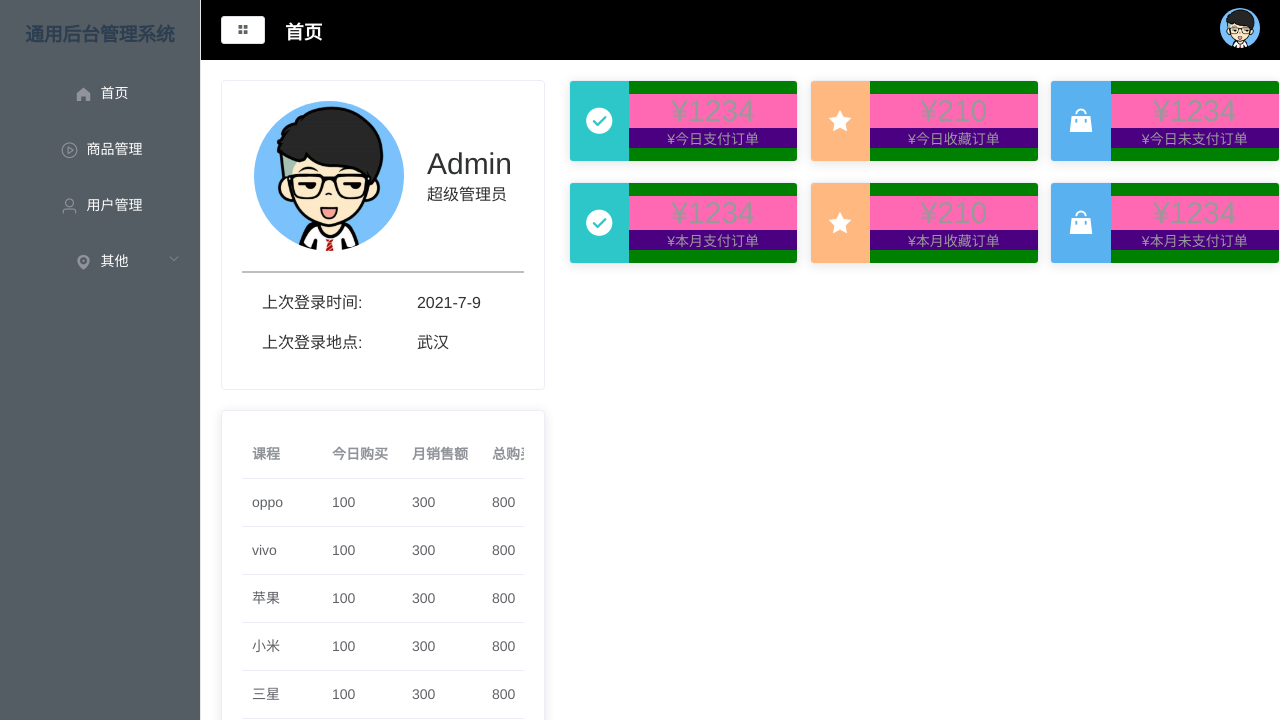
Repository: 385841539/VueStudy
Page: / (app in vue_cli/)
An editor plug-in stored every save of this project. The page is shown before and after the next save, followed by the edit.
The browser window is 1280 px wide. The pictures show the whole page.
An inner scrolling area shows only its first screen. The project was rebuilt for these pictures with package versions that can differ from the ones it lists, and the page was loaded fresh each time. Also part of the build but not shown: vue_cli/vue.config.js.

Above is the page before, as saved 2022-01-13 15:15:22.

### vue_cli/public/index.html
<!DOCTYPE html>
<html lang="">

<head>
  <meta charset="utf-8">
  <meta http-equiv="X-UA-Compatible" content="IE=edge">
  <meta name="viewport" content="width=device-width,initial-scale=1.0">
  <link rel="icon" href="<%= BASE_URL %>favicon.ico">
  <title>
    <%= htmlWebpackPlugin.options.title %>
  </title>
  <style>
    body {

      padding: 0px;
      margin: 0px;
      width: 100%;
      height: 100%;

    }
  </style>
</head>

<body>
  <noscript>
    <strong>We're sorry but <%= htmlWebpackPlugin.options.title %> doesn't work properly without JavaScript enabled.
        Please enable it to continue.</strong>
  </noscript>
  <div id="app"></div>
  <!-- built files will be auto injected -->
</body>

</html>

### vue_cli/src/main.js
import Vue from 'vue'
import App from './App.vue'
import './registerServiceWorker'
import router from './router'
import store from './store'

import ElementUI from 'element-ui';
import 'element-ui/lib/theme-chalk/index.css';

Vue.use(ElementUI);


Vue.config.productionTip = false



new Vue({
  router,
  store,
  render: h => h(App)
}).$mount('#app')

### vue_cli/src/App.vue
<template>
  <div id="app">
    <!-- <p>这是一个P段落</p>
    <el-button>按钮</el-button>
    <el-button type="info">信息</el-button>
    <el-radio v-model="radio" label="1">备选项1</el-radio>
    <el-radio v-model="radio" label="2">备选项1</el-radio>

    <div>
      <router-link to="/">去home组件</router-link>
      <router-link to="/about">去about组件</router-link>
    </div> -->

    <router-view></router-view>
  </div>
</template>
<script>


export default {
  data() {
    return {
      radio: "1",
    };
  },
};
</script>


<style lang="scss">
#app {
  font-family: Avenir, Helvetica, Arial, sans-serif;
  -webkit-font-smoothing: antialiased;
  -moz-osx-font-smoothing: grayscale;
  text-align: center;
  color: #2c3e50;
}

#nav {
  padding: 30px;

  a {
    font-weight: bold;
    color: #2c3e50;

    &.router-link-exact-active {
      color: #42b983;
    }
  }
}
</style>

### vue_cli/src/router/index.js
import Vue from 'vue'
import VueRouter from 'vue-router'
import Main from '../views/Main.vue'

Vue.use(VueRouter)

const routes = [
  {
    path: '/',
    name: 'main',
    component: Main,
    children: [

      {
        path: "/",
        name: "home",
        component: () => import('@/views/Home/Home')

      },
      {
        path: "/mall",
        name: "mall",
        component: () => import('@/views/Mall/Mall')

      },

    ]
  },
  {
    path: '/about',
    name: 'About',
    // route level code-splitting
    // this generates a separate chunk (about.[hash].js) for this route
    // which is lazy-loaded when the route is visited.
    component: () => import(/* webpackChunkName: "about" */ '../views/About.vue')
  }
]

const router = new VueRouter({
  mode: 'history',
  base: process.env.BASE_URL,
  routes
})

export default router

### vue_cli/src/store/index.js
import Vue from 'vue'
import Vuex from 'vuex'
import tab from "./tab"

Vue.use(Vuex)

export default new Vuex.Store({
  state: {
  },
  mutations: {
  },
  actions: {
  },
  modules: {
    tab
  }
})

### vue_cli/src/views/Main.vue
<template>
  <el-container style="height: 100vh">
    <el-aside width="auto">
      <CommonAside></CommonAside>
    </el-aside>
    <el-container>
      <el-header>
        <CommonHeader></CommonHeader>
      </el-header>
      <el-main>
        <router-view></router-view>
      </el-main>
    </el-container>
  </el-container>
</template>

<script>
// @ is an alias to /src
import CommonAside from "../components/CommonAside.vue";
import CommonHeader from "../components/CommonHeader.vue";

export default {
  name: "main",
  components: {
    CommonAside,
    CommonHeader,
  },
};
</script>
<style lang='scss' scoped>
.el-container {
  padding: 0px;
  max-width: 100%;
}
.el-aside {
  margin: 0px;
  padding: 0px;
}
.el-header {
  background-color: black;
  width: 100%;
  padding: 0%;
  margin: 0%;
}
.el-main {
  padding: 0px;
  height: 100%;
  width: 100%;
}
.router-view {
  padding: 0px;
  height: 100%;
  width: 100%;
}
</style>

### vue_cli/src/views/Home/Home.vue




<template>
  <div>
    <el-row :gutter="24">
      <el-col :span="8" style="margin-top: 20px">
        <el-card shadow="hover">
          <div class="user">
            <img :src="userImg" />
            <div class="userInfo">
              <p style="font-size: 30px">Admin</p>
              <p>超级管理员</p>
            </div>
          </div>

          <div class="loginInfo">
            <p>上次登录时间: <span>2021-7-9</span></p>
            <p>上次登录地点: <span>武汉</span></p>
          </div>
        </el-card>
        <el-card style="height: 470px; margin-top: 20px">
          <el-table :data="tableData">
            <el-table-column
              show-overflow-tooltip
              v-for="(value, key) in tableLabel"
              :key="key"
              :prop="key"
              :label="value"
            ></el-table-column>
          </el-table>
        </el-card>
      </el-col>
      <el-col :span="16" style="margin-top: 20px">
        <div class="num">
          <el-card
            shandow="hover"
            v-for="item in countData"
            :key="item.name"
            :body-style="{ display: 'flex', padding: 0 }"
          >
            <i
              class="icon"
              :class="`el-icon-${item.icon}`"
              :style="{ background: item.color }"
            ></i>
            <div class="detail">
              <p class="num">¥{{ item.value }}</p>
              <p class="txt">¥{{ item.name }}</p>
            </div>
          </el-card>
        </div>
      </el-col>
    </el-row>
  </div>
</template>



<script>
export default {
  data() {
    return {
      userImg: require("../../assets/images/user.png"),
      tableData: [
        {
          name: "oppo",
          todayBuy: 100,
          monthBuy: 300,
          totalBuy: 800,
        },
        {
          name: "vivo",
          todayBuy: 100,
          monthBuy: 300,
          totalBuy: 800,
        },
        {
          name: "苹果",
          todayBuy: 100,
          monthBuy: 300,
          totalBuy: 800,
        },
        {
          name: "小米",
          todayBuy: 100,
          monthBuy: 300,
          totalBuy: 800,
        },
        {
          name: "三星",
          todayBuy: 100,
          monthBuy: 300,
          totalBuy: 800,
        },
        {
          name: "魅族",
          todayBuy: 100,
          monthBuy: 300,
          totalBuy: 800,
        },
      ],
      tableLabel: {
        name: "课程",
        todayBuy: "今日购买",
        monthBuy: "月销售额",
        totalBuy: "总购买量",
      },
      countData: [
        {
          name: "今日支付订单",
          value: 1234,
          icon: "success",
          color: "#2ec7c9",
        },
        {
          name: "今日收藏订单",
          value: 210,
          icon: "star-on",
          color: "#ffb980",
        },
        {
          name: "今日未支付订单",
          value: 1234,
          icon: "s-goods",
          color: "#5ab1ef",
        },
        {
          name: "本月支付订单",
          value: 1234,
          icon: "success",
          color: "#2ec7c9",
        },
        {
          name: "本月收藏订单",
          value: 210,
          icon: "star-on",
          color: "#ffb980",
        },
        {
          name: "本月未支付订单",
          value: 1234,
          icon: "s-goods",
          color: "#5ab1ef",
        },
      ],
    };
  },
};
</script>


<style  lang="scss" scoped>
// div {
//   background: blue;
//   height: 100%;
//   padding: 0px;
//   margin: 0px;
// }
.el-card {
  margin-left: 20px;
}

.user {
  display: flex;
  align-items: center;
  justify-content: space-around;
  border-bottom: 2px solid rgb(194, 189, 189);

  padding-bottom: 20px;
  .userInfo {
    text-align: start;

    p {
      margin: 0px;
    }
  }
  img {
    width: 150px;
    height: 150px;
    border-radius: 50%;
  }
}

.loginInfo {
  // background-color: yellowgreen;
  margin-top: 0px;
  text-align: start;
  padding-left: 20px;

  span {
    margin-left: 50px;
  }
}

.num {
  display: flex;
  flex-wrap: wrap;
  justify-content: space-between;
  margin: 0px;
  .el-card {
    margin: 0px;
    width: 32%;
    margin-bottom: 20px;
    height: 80px;
  }
  .icon {
    font-size: 30px;
    width: 80px;
    height: 80px;
    text-align: center;
    line-height: 80px;
    color: #fff;
  }
  .detail {
    display: flex;
    flex-direction: column;
    background-color: green;
    justify-content: center;
    width: 100%;

    .num {
      font-size: 30px;
      background-color: hotpink;
      color: #999999;

      justify-content: center;
    }
    .txt {
      background-color: indigo;
      font-size: 14px;
      color: #999999;
      justify-content: center;
    }
    p {
      margin: 0px;
    }
  }
}
</style>

### vue_cli/src/store/tab.js
export default {


    state: {

        isCollapse: false

    },


    mutations: {

        collaspseMenu(state) {
            state.isCollapse = !state.isCollapse

        }



    }


}

### vue_cli/src/components/CommonAside.vue
<template>
  <el-menu
    class="el-menu-vertical-demo"
    :collapse="isCollapse"
    background-color="#545c64"
    text-color="#fff"
    active-text-color="#ffd04b"
  >
    <h3>{{ getName }}</h3>

    <el-menu-item
      :index="item.path"
      v-for="item in noChildren"
      :key="item.name"
      @click="clickMenu(item)"
    >
      <i :class="'el-icon-' + item.icon"></i>
      <span slot="title">{{ item.label }}</span>
    </el-menu-item>

    <el-submenu
      :index="item.label"
      v-for="item in hazChildren"
      :key="item.label"
    >
      <div slot="title">
        <i :class="'el-icon-' + item.icon"></i>
        <span>{{ item.label }}</span>
      </div>

      <el-menu-item-group>
        <el-menu-item
          v-for="(subItem, subIndex) in item.children"
          :index="subItem.path"
          :key="subIndex"
        >
          <i :class="'el-icon-' + subItem.icon"></i>
          <span slot="title">{{ subItem.label }}</span>
        </el-menu-item>
      </el-menu-item-group>
    </el-submenu>
  </el-menu>
</template>

<style>
.el-menu-vertical-demo:not(.el-menu--collapse) {
  width: 200px;
  height: 100%;
  min-height: 400px;
}

</style>


<script>
export default {
  data() {
    return {
      menu: [
        {
          path: "/",
          name: "home",
          label: "首页",
          icon: "s-home",
          url: "Home/Home",
        },
        {
          path: "/mall",
          name: "mall",
          label: "商品管理",
          icon: "video-play",
          url: "MallManage/MallManage",
        },
        {
          path: "/user",
          name: "user",
          label: "用户管理",
          icon: "user",
          url: "UserMange/UserMange",
        },
        {
          label: "其他",
          icon: "location",
          children: [
            {
              path: "/page1",
              name: "page1",
              label: "页面1",
              icon: "setting",
              url: "Other/PageOne",
            },
            {
              path: "/page2",
              name: "page2",
              label: "页面2",
              icon: "setting",
              url: "Other/PageTwo",
            },
          ],
        },
      ],
    };
  },
  methods: {
    clickMenu(item) {
      console.log(item);
      this.$router.push({ name: item.name });
    },
  },
  computed: {
    isCollapse() {
      return this.$store.state.tab.isCollapse;
    },
    getName() {
      if (this.isCollapse) return "后台";

      return "通用后台管理系统";
    },
    noChildren() {
      return this.menu.filter((item) => {
        console.log(item);
        return !item.children;
      });
    },
    hazChildren() {
      return this.menu.filter((item) => item.children);
    },
  },
};
</script>

### vue_cli/src/components/CommonHeader.vue
<template>
  <header>
    <div class="l-content">
      <el-button
        plain
        icon="el-icon-menu"
        size="mini"
        v-on:click="handleMenu"
      ></el-button>
      <h3 class="home-title">首页</h3>
    </div>

    <div class="r-content">
      <el-dropdown szie="mini" trigger="click">
        <span>
          <img :src="userImg" class="user" />
        </span>

        <el-dropdown-menu slot="dropdown">
          <el-dropdown-item>个人中心</el-dropdown-item>
          <el-dropdown-item>个人中心1</el-dropdown-item>
        </el-dropdown-menu>
      </el-dropdown>
    </div>
  </header>
</template>



<script>
export default {
  data() {
    return {
      userImg: require("../assets/images/user.png"),
    };
  },

  methods: {
    handleMenu() {
      this.$store.commit("collaspseMenu");
    },
  },
};
</script>


<style  lang="scss" scoped>
header {
  display: flex;
  height: 100%;
  width: 100%;
  align-items: center;
  justify-content: space-between;
  padding: 0;
  margin: 0;
}

.home-title {
  color: white;
}

.l-content {
  display: flex;
  align-items: center;
  margin-left: 20px;
  .el-button {
    margin-right: 20px;
  }
}

.r-content {
  .user {
    width: 40px;
    height: 40px;
    border-radius: 50%;
    margin-right: 20px;
  }
}
</style>

Loaded but not shown: vue_cli/src/registerServiceWorker.js (common file)

After the next save:
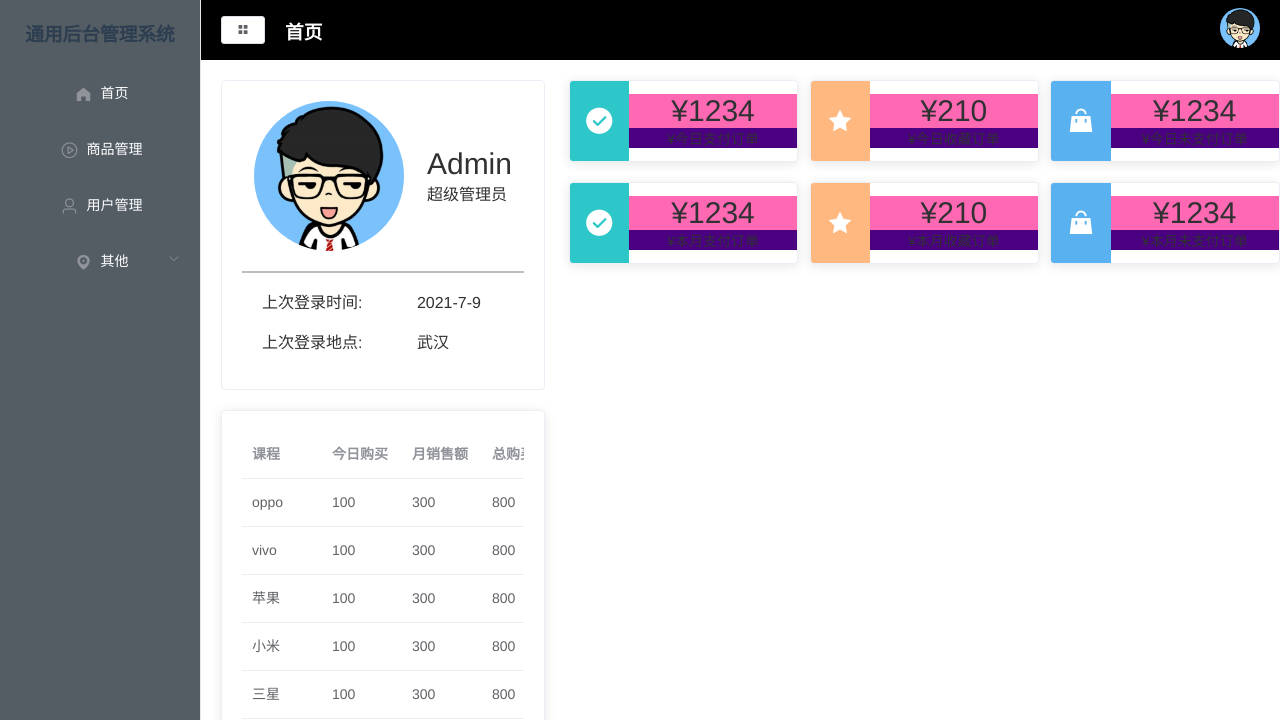
Saved 10 s later.
--- a/vue_cli/src/views/Home/Home.vue
+++ b/vue_cli/src/views/Home/Home.vue
@@ -216,21 +216,18 @@ export default {
   .detail {
     display: flex;
     flex-direction: column;
-    background-color: green;
     justify-content: center;
     width: 100%;
 
     .num {
       font-size: 30px;
       background-color: hotpink;
-      color: #999999;
 
       justify-content: center;
     }
     .txt {
       background-color: indigo;
       font-size: 14px;
-      color: #999999;
       justify-content: center;
     }
     p {
